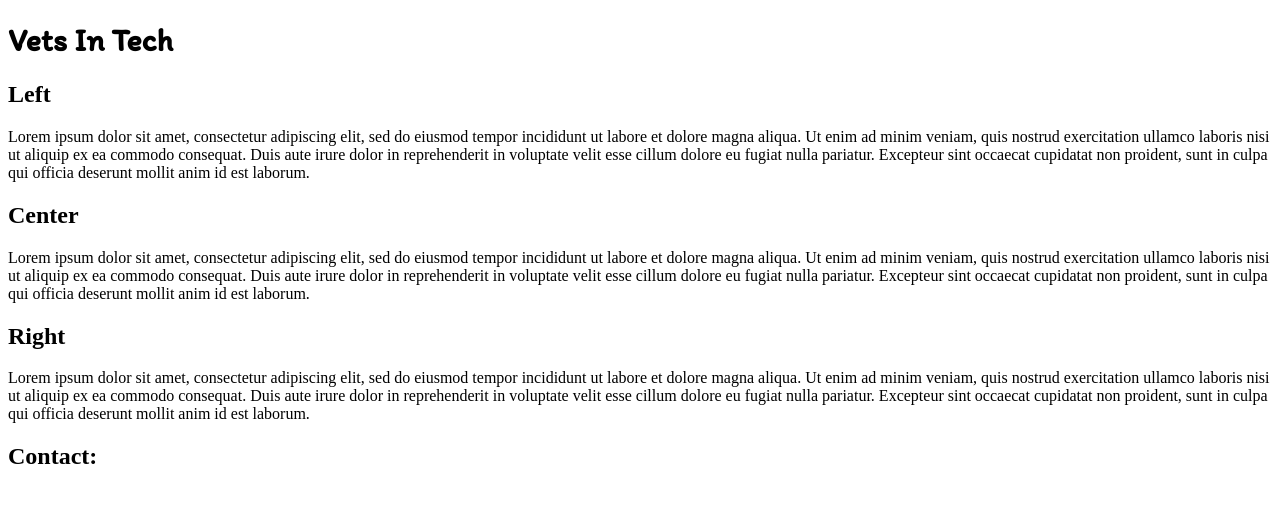
Repository: 3EyEdRav3n/10-2020-cohort-course
Page: week-1/Week-1 Assignment/index.html
An editor plug-in stored every save of this project. The page is shown before and after the next save, followed by the edit.
The browser window is 1280 px wide. The pictures show the whole page.

Above is the page before, as saved 2020-11-01 18:27:50.

### week-1/Week-1 Assignment/index.html
<!DOCTYPE html>
<html lang="en">
  <head>
    <meta charset="UTF-8" />
    <meta name="viewport" content="width=device-width, initial-scale=1.0" />
    <link rel="stylesheet" href="./styles.css" />
    <link
      href="https://fonts.googleapis.com/css2?family=Itim&display=swap"
      rel="stylesheet"
    />
    <link
      href="https://fonts.googleapis.com/css2?family=Roboto&display=swap"
      rel="stylesheet"
    />

    <title>VetTech</title>
  </head>
  <body>
    <div class="header">
      <h1>Vets In Tech</h1>
    </div>
    <div class="container">
      <div class="left-col">
        <h2>Left</h2>
        <p>
          Lorem ipsum dolor sit amet, consectetur adipiscing elit, sed do
          eiusmod tempor incididunt ut labore et dolore magna aliqua. Ut enim ad
          minim veniam, quis nostrud exercitation ullamco laboris nisi ut
          aliquip ex ea commodo consequat. Duis aute irure dolor in
          reprehenderit in voluptate velit esse cillum dolore eu fugiat nulla
          pariatur. Excepteur sint occaecat cupidatat non proident, sunt in
          culpa qui officia deserunt mollit anim id est laborum.
        </p>
      </div>
      <div class="center-col">
        <h2>Center</h2>
        <p>
          Lorem ipsum dolor sit amet, consectetur adipiscing elit, sed do
          eiusmod tempor incididunt ut labore et dolore magna aliqua. Ut enim ad
          minim veniam, quis nostrud exercitation ullamco laboris nisi ut
          aliquip ex ea commodo consequat. Duis aute irure dolor in
          reprehenderit in voluptate velit esse cillum dolore eu fugiat nulla
          pariatur. Excepteur sint occaecat cupidatat non proident, sunt in
          culpa qui officia deserunt mollit anim id est laborum.
        </p>
      </div>
      <div class="right-col">
        <h2>Right</h2>
        <p>
          Lorem ipsum dolor sit amet, consectetur adipiscing elit, sed do
          eiusmod tempor incididunt ut labore et dolore magna aliqua. Ut enim ad
          minim veniam, quis nostrud exercitation ullamco laboris nisi ut
          aliquip ex ea commodo consequat. Duis aute irure dolor in
          reprehenderit in voluptate velit esse cillum dolore eu fugiat nulla
          pariatur. Excepteur sint occaecat cupidatat non proident, sunt in
          culpa qui officia deserunt mollit anim id est laborum.
        </p>
      </div>
    </div>
    <div class="footer"></div>
    <h2>Contact:</h2>
  </body>
</html>

### week-1/Week-1 Assignment/styles.css

.container{
        font-family: 'Itim', cursive;
font-family: 'Roboto Slab', serif;
}


h1 {
        font-family: 'Itim', cursive;
}

After the next save:
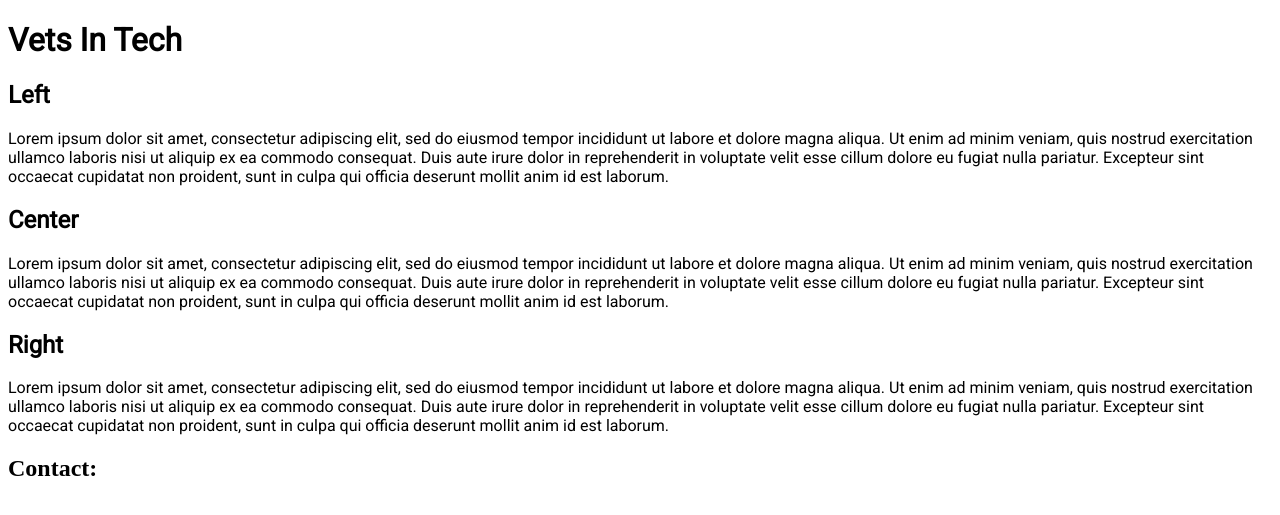
Saved 27 s later.
--- a/week-1/Week-1 Assignment/styles.css
+++ b/week-1/Week-1 Assignment/styles.css
@@ -1,10 +1,11 @@
 
 .container{
-        font-family: 'Itim', cursive;
-font-family: 'Roboto Slab', serif;
+        font-family: 'Roboto', sans-serif;
+
 }
 
 
 h1 {
-        font-family: 'Itim', cursive;
+        font-family: 'Roboto', sans-serif;
+
 }
